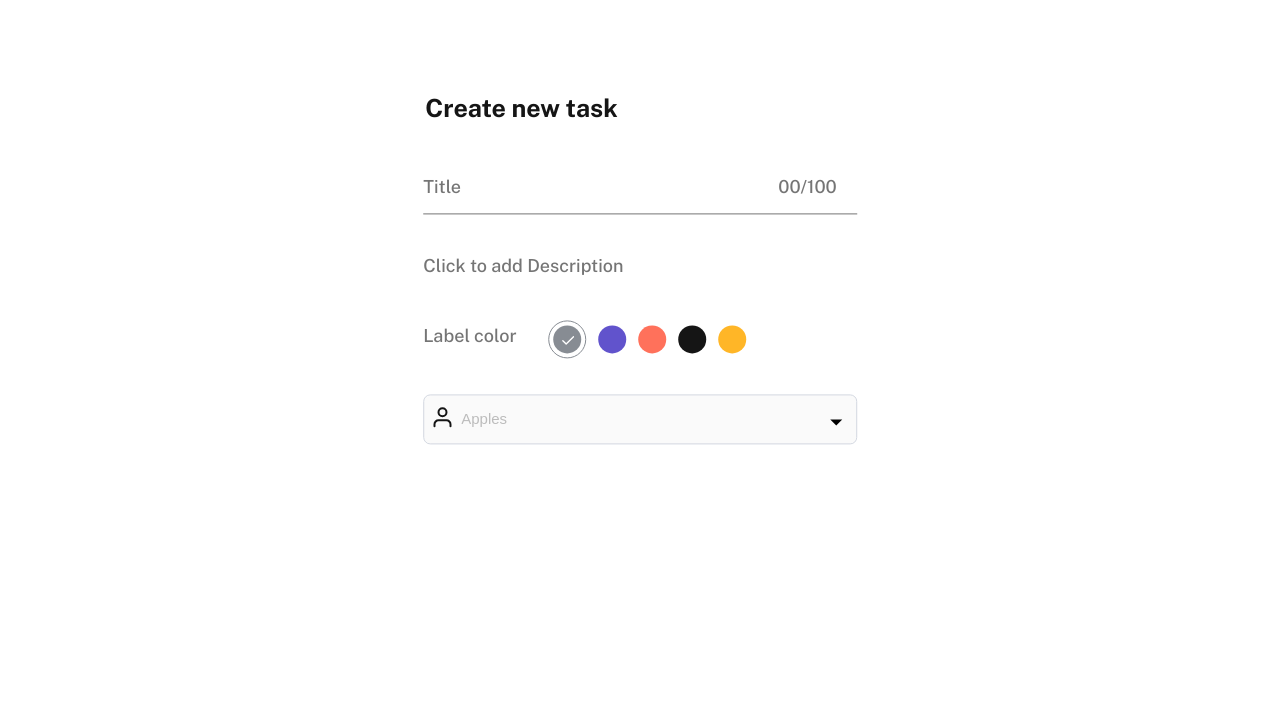
Repository: MorgunovaAlexandra/verstka-form
Page: index.html
The author's editor kept a copy of each file at every save. The page is drawn from the files as they stood at one save, then again after a run of saves.
The browser window is 1280 px wide. The pictures show the whole page.
The style sheet was rebuilt from its Sass, Less or Tailwind sources for each picture, by a compiler version that may differ from the author's.

Above is the page before, as saved 2022-06-24 14:26:52.

After the next 2 saves:
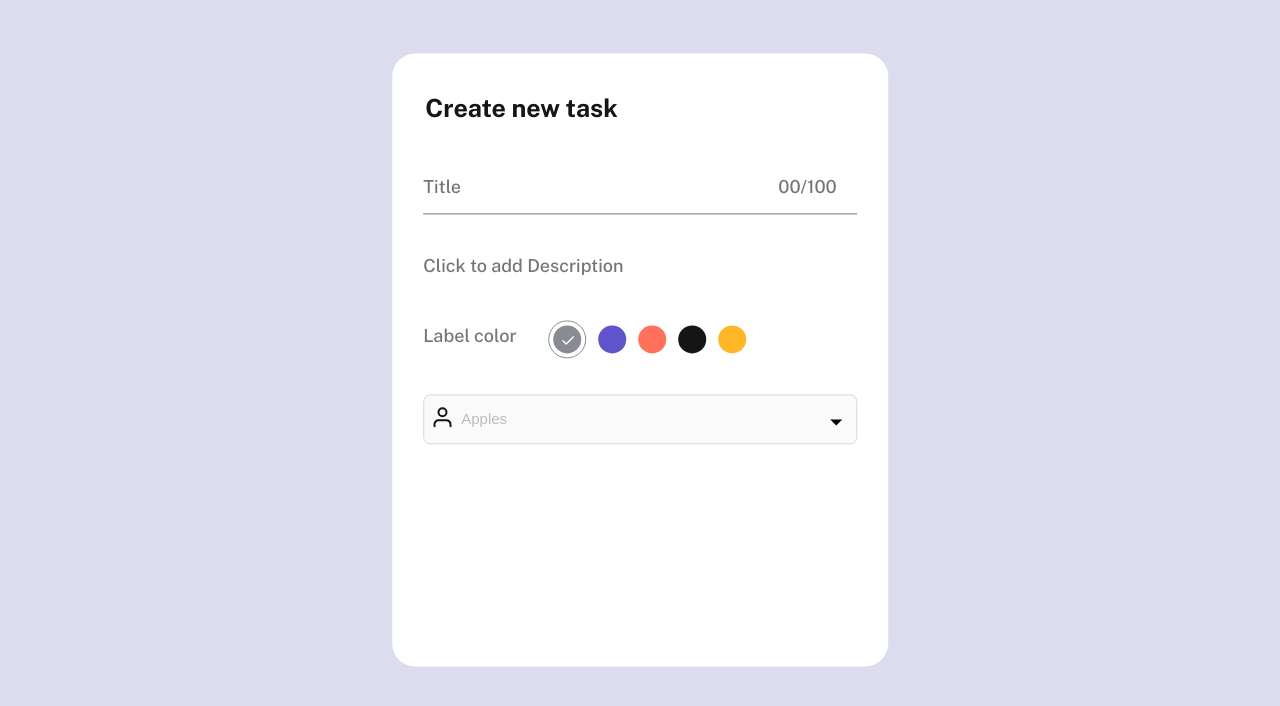
The 2 saves are shown as one change because they came seconds apart.
The last was saved 6 s later.
--- a/scss/style.scss
+++ b/scss/style.scss
@@ -2,7 +2,7 @@
 @import "mixins";
 @import url('https://fonts.googleapis.com/css2?family=Public+Sans:wght@500;700&display=swap');
 body {
-
+   background-color: $ColorBody;
    font-family:$fontFamily ;
    font-weight: $fontWaight;
    line-height: $lineHeight;
